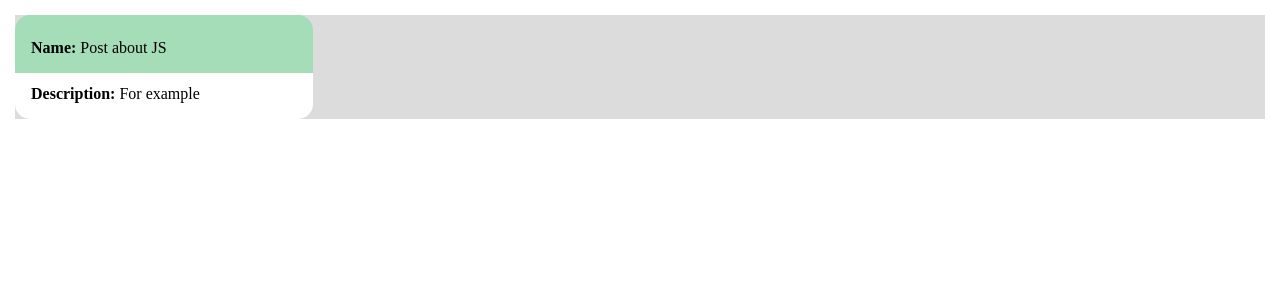
Repository: Axeliriya/vue-todo
Page: /
An editor plug-in stored every save of this project. The page is shown before and after the next save, followed by the edit.
The browser window is 1280 px wide. The pictures show the whole page.
The project was rebuilt for these pictures with package versions that can differ from the ones it lists, and the page was loaded fresh each time. Also part of the build but not shown: vue.config.js.

Above is the page before, as saved 2022-04-01 16:54:43.

After the next save:
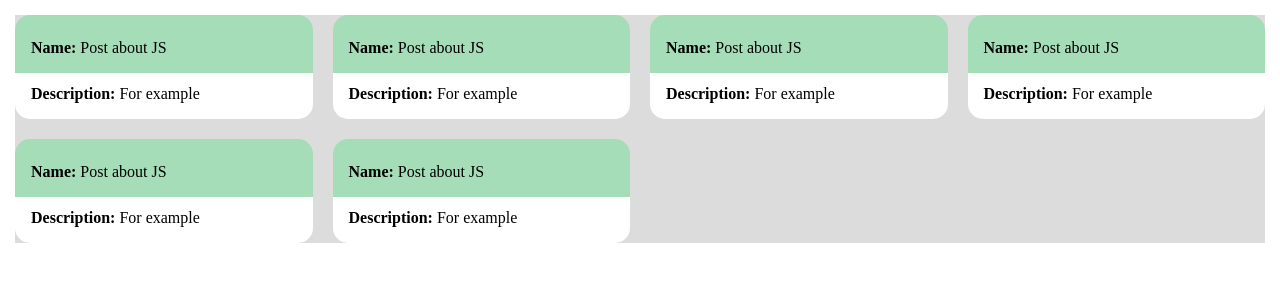
Saved 2 min 17 s later.
--- a/src/App.vue
+++ b/src/App.vue
@@ -1,7 +1,7 @@
 <template>
   <div class="app">
     <ul class="posts">
-      <li class="post">
+      <li class="post" v-for="post in posts" key="">
         <div class="post__name"><strong>Name: </strong>Post about JS</div>
         <div class="post__description">
           <strong>Description: </strong>For example
